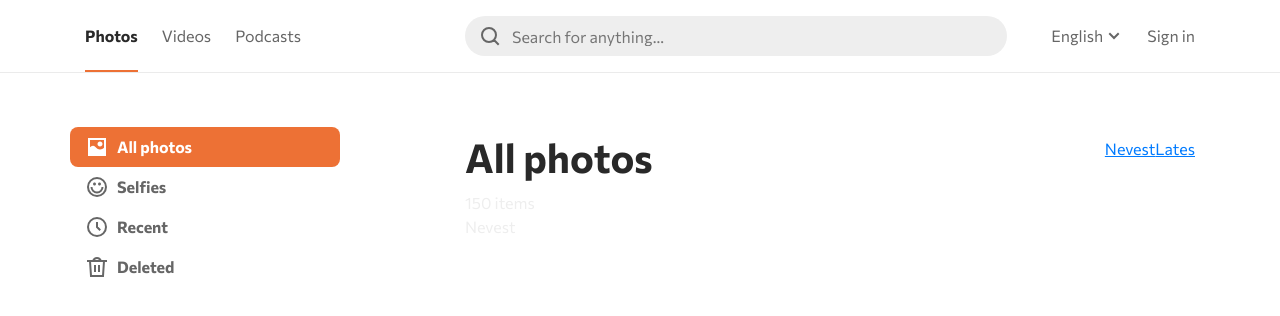
Repository: densavi/djinni
Page: index.html
These files come from the project's save history. The page is drawn as it stood at one moment and after the next save; the edit follows.
The browser window is 1280 px wide. The pictures show the whole page.
The style sheet was rebuilt from its Sass, Less or Tailwind sources for each picture, by a compiler version that may differ from the author's.

Above is the page before, as saved 2023-04-10 23:56:30.

After the next save:
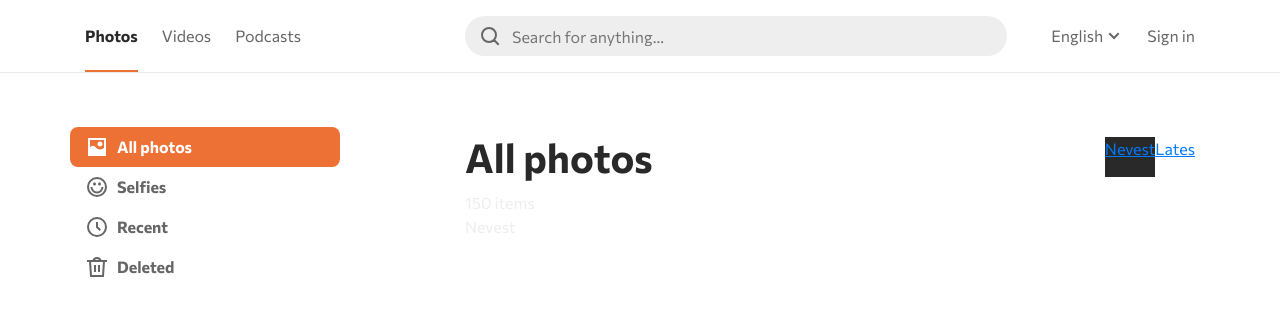
Saved 18 s later.
--- a/css/components/_content.scss
+++ b/css/components/_content.scss
@@ -13,5 +13,8 @@
     display: flex;
     height: 40px;
     width: max-content;
+    &.active {
+      background: $darkBlack;
+    }
   }
 }
